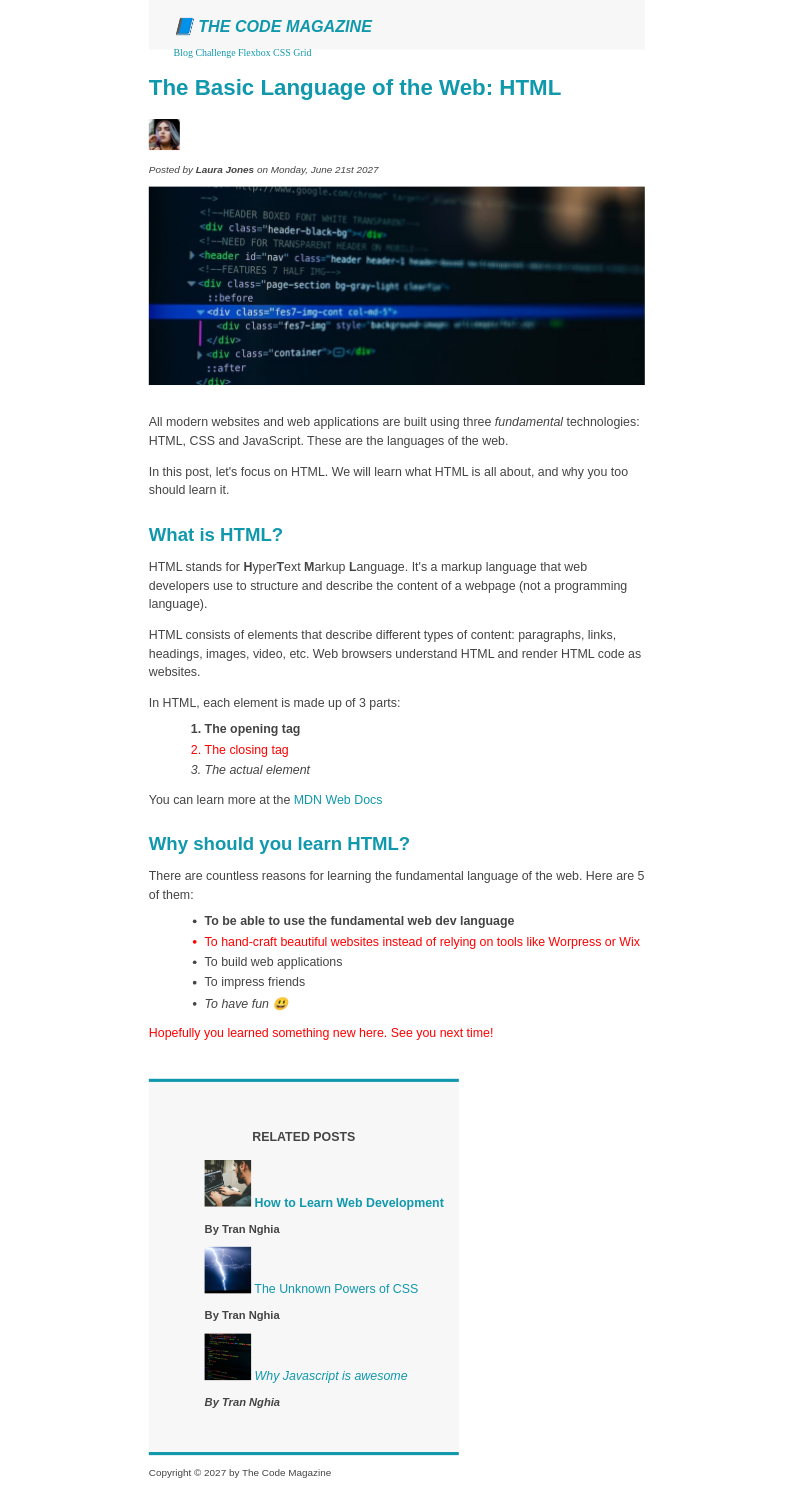
Repository: nghiakma/HTML-CSS-Fundamental
Page: HTML/index.html
These files come from the project's save history. The page is drawn as it stood at one moment and after the next save; the edit follows.
The browser window is 1280 px wide. The pictures show the whole page, at 62% of full size.

Above is the page before, as saved 2023-08-20 21:38:23.

After the next save:
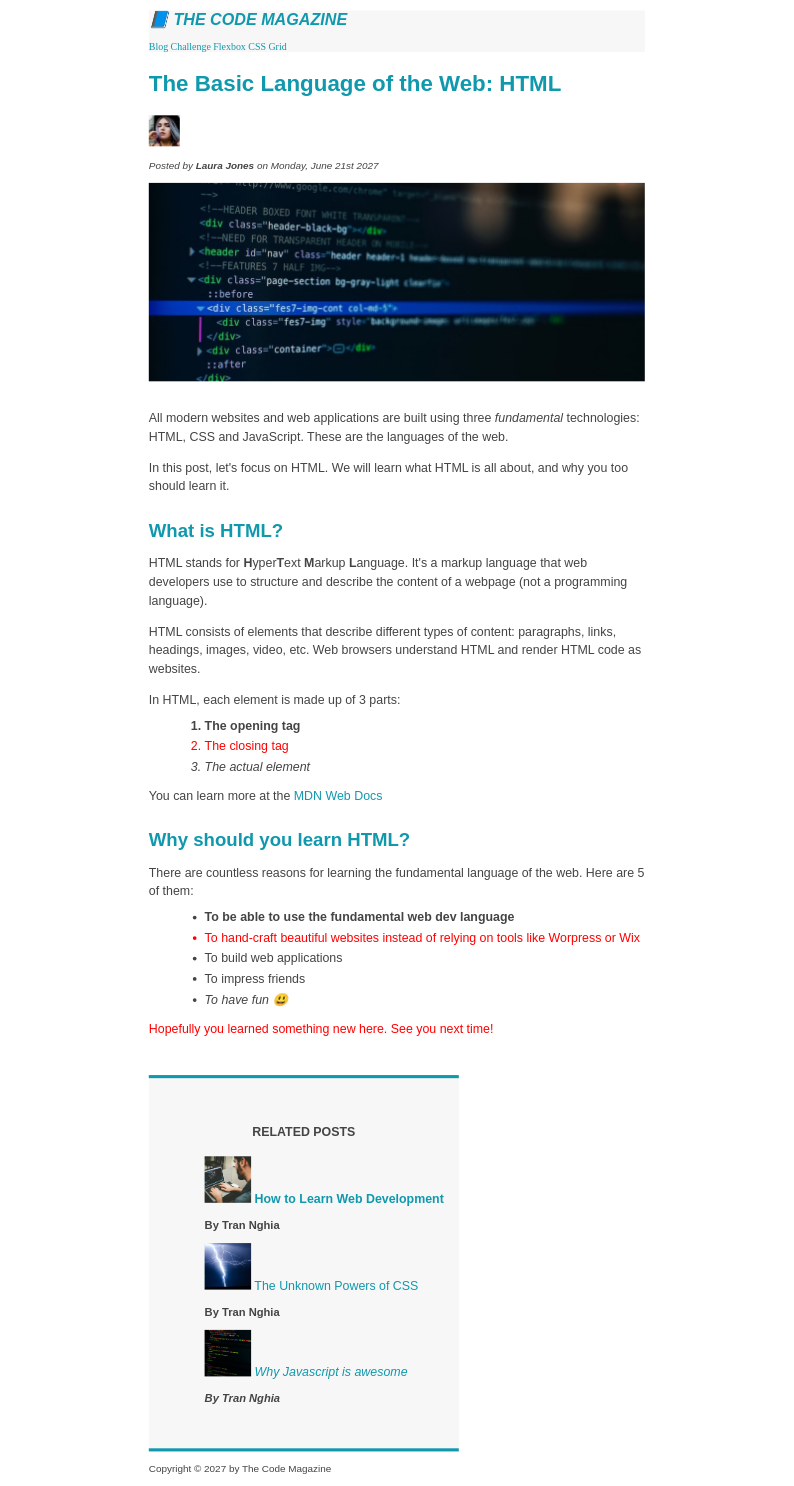
Saved 60 s later.
--- a/CSS/index.css
+++ b/CSS/index.css
@@ -86,9 +86,6 @@ li:last-child {
   /* padding: 20px;
   padding-left: 20px;
   padding-right: 40px; */
-  padding: 10px 40px;
-  margin-bottom: 40px;
-  height: 80px;
 }
 article {
   margin-bottom: 60px;
